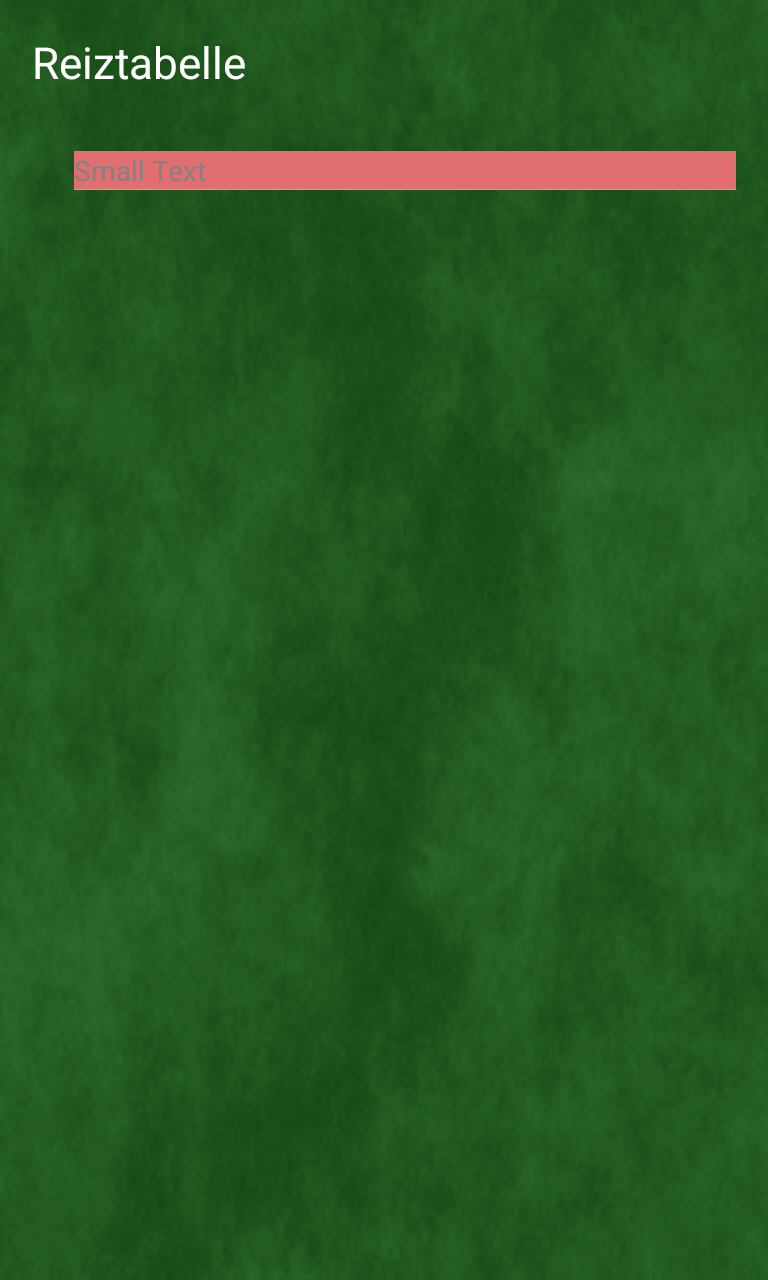
Repository: razinanu/InSy-Skat
Layout: InSy-Skat/res/layout/fragment_result.xml
The author's editor kept a copy of each file at every save. The layout is drawn from the files as they stood at one save, then again after the next save.
It is drawn on a 768 x 1280 px phone screen (xhdpi) without system bars, with theme AppTheme; the app's code is not run. The app's manifest (not shown) leaves right-to-left support off. So textAlignment, textDirection and layoutDirection are ignored, and left and right values win over start and end ones.

Above is the layout before, as saved 2014-06-19 19:05:39.

After the next save:
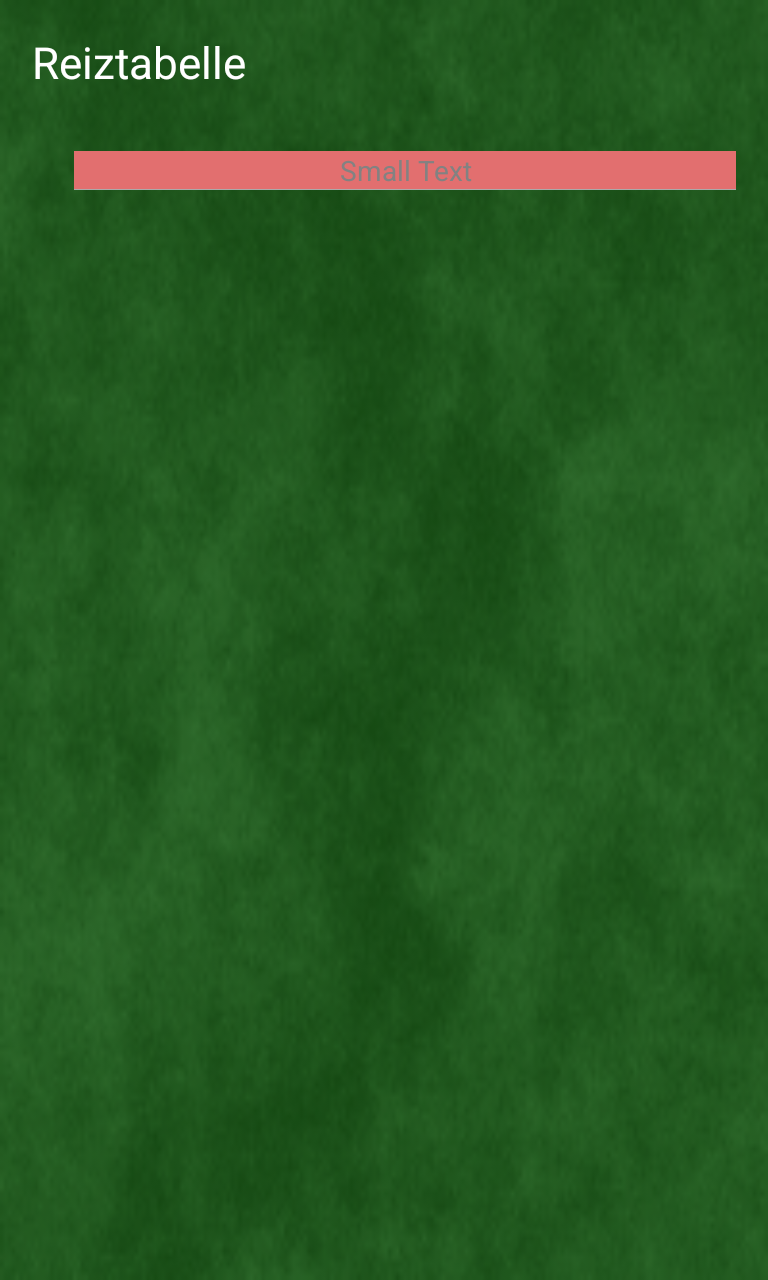
Saved 3 min 6 s later.
--- a/InSy-Skat/res/layout/fragment_result.xml
+++ b/InSy-Skat/res/layout/fragment_result.xml
@@ -38,7 +38,7 @@
                  android:layout_height="wrap_content"
                  android:textColor="@color/textnotAvailable"
                  android:background="@color/backgroundnotAvailable"
-                 android:textAlignment="center"
+                 android:gravity="center"
                  android:text="Small Text"
                  android:textAppearance="?android:attr/textAppearanceSmall" />
               <View
